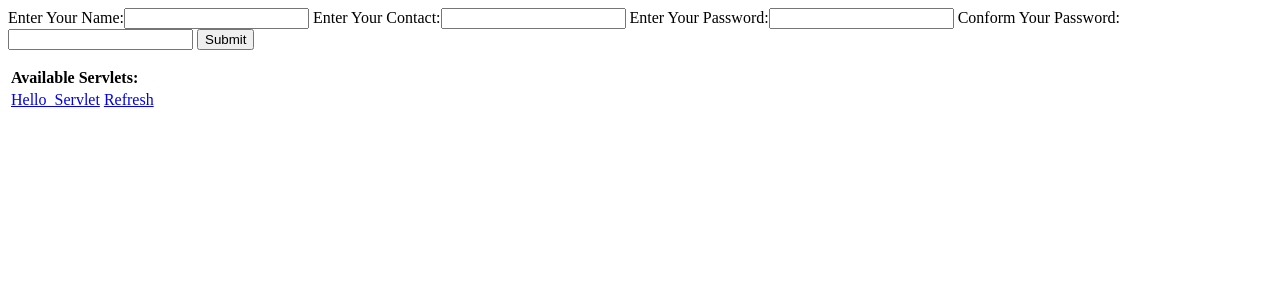
Repository: 123umakant/Home
Page: Demo/Hello_Servlet/war/index.html
The author's editor kept a copy of each file at every save. The page is drawn from the files as they stood at one save, then again after the next save.
The browser window is 1280 px wide. The pictures show the whole page.

Above is the page before, as saved 2018-11-30 06:13:49.

### Demo/Hello_Servlet/war/index.html
<!DOCTYPE HTML PUBLIC "-//W3C//DTD HTML 4.01 Transitional//EN">
<!-- The HTML 4.01 Transitional DOCTYPE declaration-->
<!-- above set at the top of the file will set     -->
<!-- the browser's rendering engine into           -->
<!-- "Quirks Mode". Replacing this declaration     -->
<!-- with a "Standards Mode" doctype is supported, -->
<!-- but may lead to some differences in layout.   -->

<html>
  <head>
    <meta http-equiv="content-type" content="text/html; charset=UTF-8">
    <title>Hello App Engine</title>
  </head>

  <body>
    <form action="Login" method="post">

    Enter Your Name:<input type="text" name="Name">
    Enter Your Contact:<input type="text" name="Contact">
    Enter Your Password:<input type="text" name="Password">
     Conform Your Password:<input type="text" name="ConPassword">
    <input type="submit" name="Submit">
    </form>

    <table>
      <tr>
        <td colspan="2" style="font-weight:bold;">Available Servlets:</td>
      </tr>
      <tr>
        <td><a href="hello_servlet">Hello_Servlet</a></td>

         <td><a href="Refresh">Refresh</a></td>

      </tr>
    </table>

  </body>
</html>

After the next save:
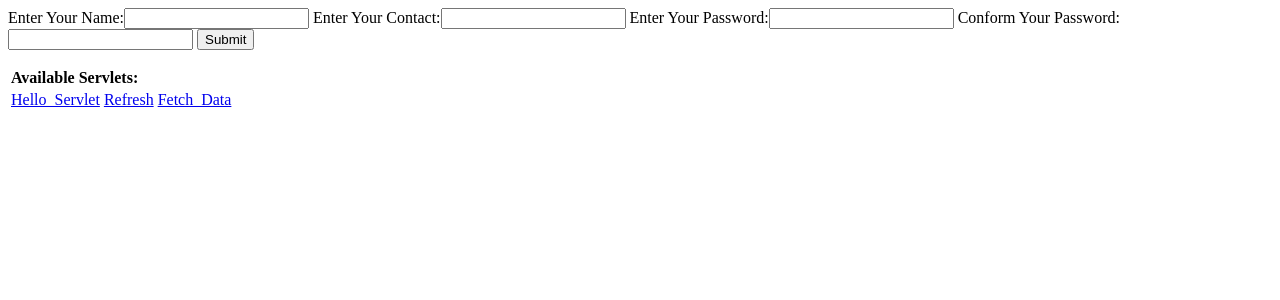
Saved 2 min 58 s later.
--- a/Demo/Hello_Servlet/war/index.html
+++ b/Demo/Hello_Servlet/war/index.html
@@ -30,7 +30,7 @@
         <td><a href="hello_servlet">Hello_Servlet</a></td>
 
          <td><a href="Refresh">Refresh</a></td>
-
+         <td><a href="Fetch_Data">Fetch_Data</a></td>
       </tr>
     </table>
 
